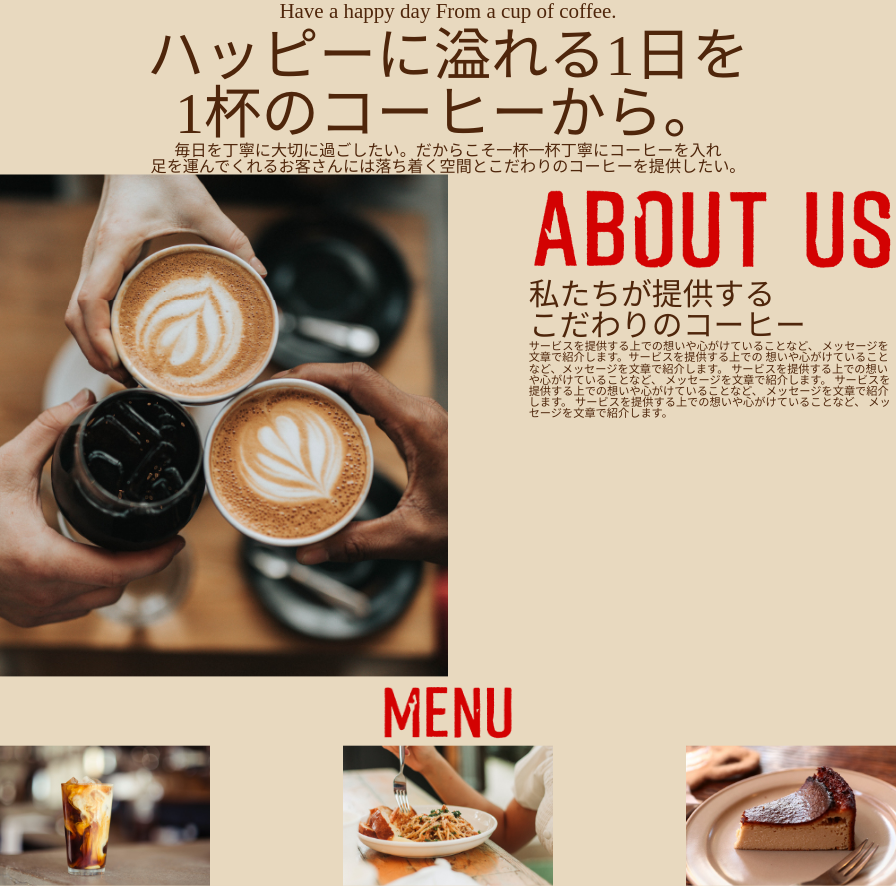
Repository: sonoyama01/dezasuta
Page: 第4回課題/index.html
The author's editor kept a copy of each file at every save. The page is drawn from the files as they stood at one save, then again after the next save.
The browser window is 1280 px wide. The pictures show the part of the page from y = 475 to 2395 px (the page is 1741 px tall before and 2808 px after), at 70% of full size.

Above is the page before, as saved 2024-05-02 03:21:18.

After the next save:
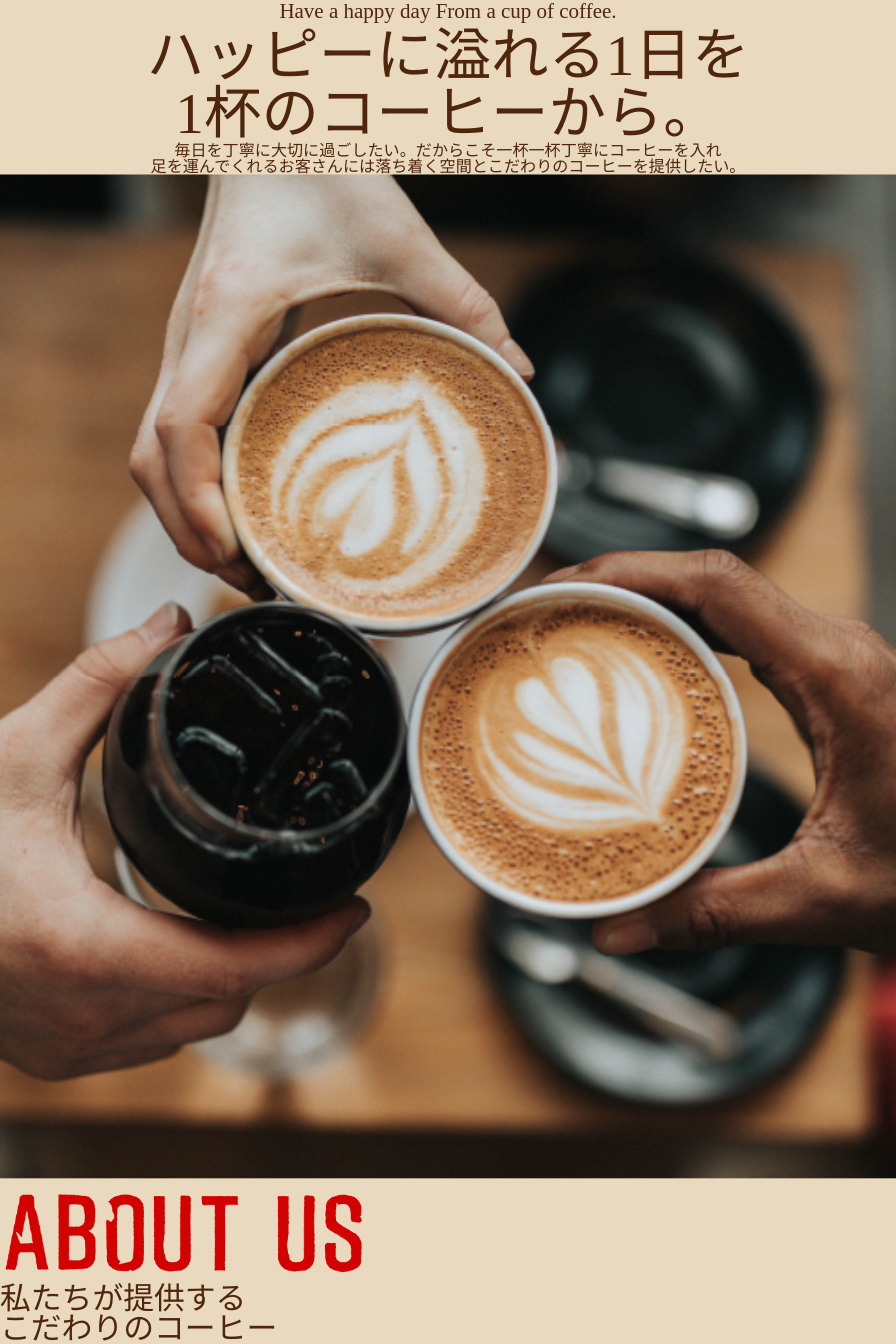
Saved 2 min 23 s later.
--- a/第4回課題/index.html
+++ b/第4回課題/index.html
@@ -40,24 +40,25 @@
     </div><!-- /.catch_copy -->
     <!-- ABOUT US -->
     <section id="about_us_fx">
-        <div class="about_us">
-            <div class="about_us_im"><img src="./images/pc_about-100.jpg" alt=""></div>
-            <div class="about_us_text">
-                <img src="./images/about_us@2x.png" alt="">
-                <p class="abouot_us_concept">私たちが提供する<br>
-                    こだわりのコーヒー</p><!-- /.abouot_us_concept -->
-                <p class="about_us_texts">
-                    サービスを提供する上での想いや心がけていることなど、
-                    メッセージを文章で紹介します。サービスを提供する上での
-                    想いや心がけていることなど、メッセージを文章で紹介します。
-                    サービスを提供する上での想いや心がけていることなど、
-                    メッセージを文章で紹介します。
-                    サービスを提供する上での想いや心がけていることなど、
-                    メッセージを文章で紹介します。
-                    サービスを提供する上での想いや心がけていることなど、
-                    メッセージを文章で紹介します。
-                </p><!-- /.about_us_text -->
-            </div>
+        <h2 class="about_us">
+            <h2></h2><img src="./images/pc_about-100.jpg" alt="">
+        </h2>
+        <div class="about_us_text">
+            <img src="./images/about_us@2x.png" alt="">
+            <p class="abouot_us_concept">私たちが提供する<br>
+                こだわりのコーヒー</p><!-- /.abouot_us_concept -->
+            <p class="about_us_texts">
+                サービスを提供する上での想いや心がけていることなど、
+                メッセージを文章で紹介します。サービスを提供する上での
+                想いや心がけていることなど、メッセージを文章で紹介します。
+                サービスを提供する上での想いや心がけていることなど、
+                メッセージを文章で紹介します。
+                サービスを提供する上での想いや心がけていることなど、
+                メッセージを文章で紹介します。
+                サービスを提供する上での想いや心がけていることなど、
+                メッセージを文章で紹介します。
+            </p><!-- /.about_us_text -->
+        </div>
 
         </div><!-- /.about_us -->
     </section><!-- /#about_us -->
